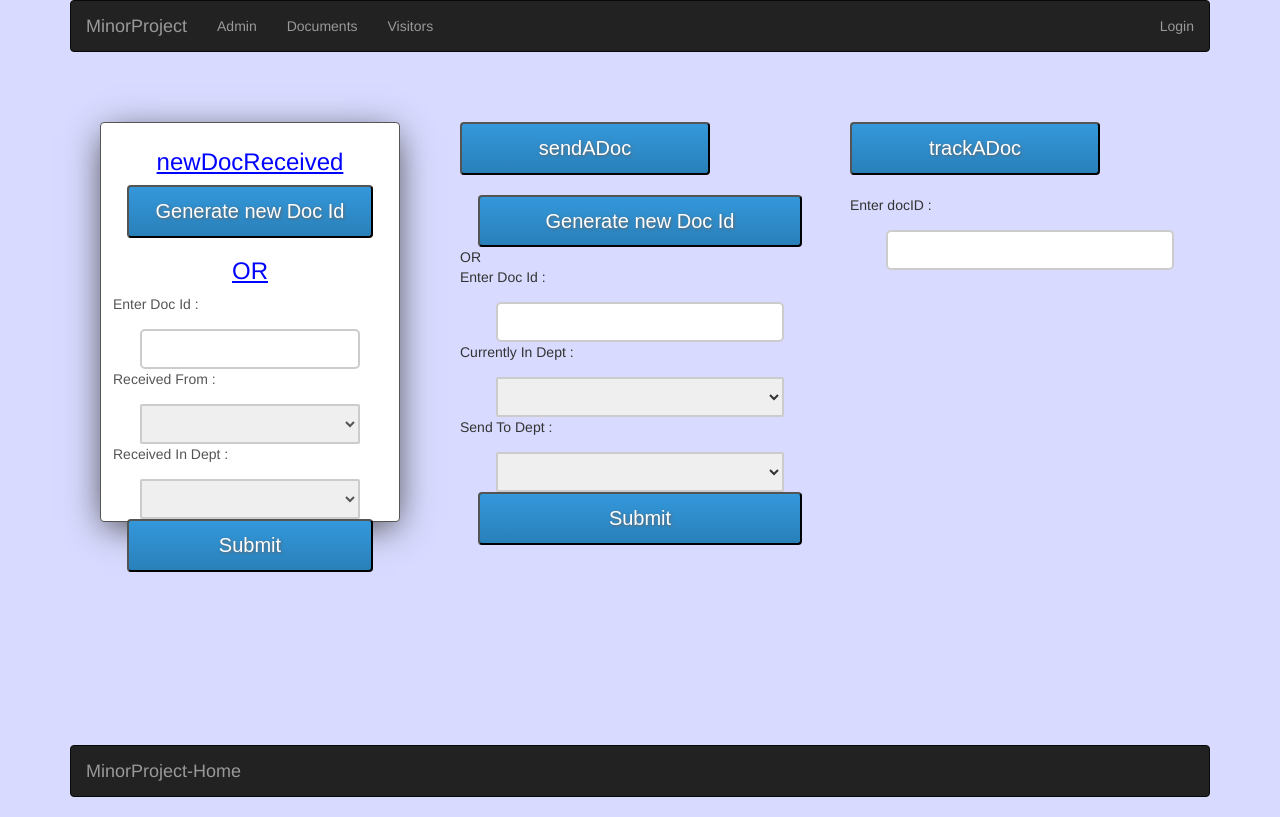
Repository: javaSingh/java
Page: workspace/minorProjectWithInder7thSem2/WebContent/index.html
The author's editor kept a copy of each file at every save. The page is drawn from the files as they stood at one save, then again after the next save.
The browser window is 1280 px wide. The pictures show the whole page.
Some web libraries are served in a nearby version.

Above is the page before, as saved 2014-10-21 10:11:44.

After the next save:
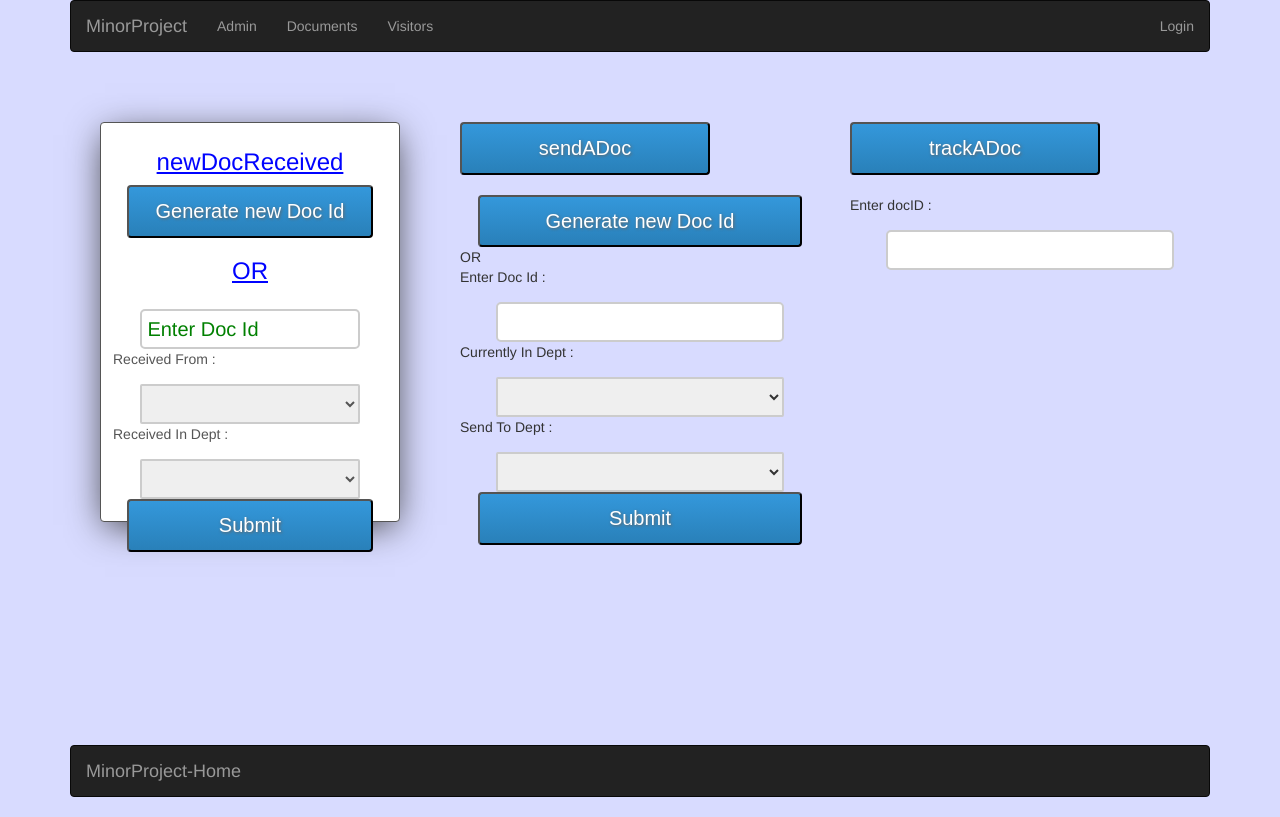
Saved 53 s later.
--- a/workspace/minorProjectWithInder7thSem2/WebContent/index.html
+++ b/workspace/minorProjectWithInder7thSem2/WebContent/index.html
@@ -89,7 +89,7 @@ OR
 </h3>
 </p>
 <form action='Serv1'>
-Enter Doc Id : <input type='number' name='docid' required autofoucs></input><br>
+<input type='number' name='docid' required autofoucs placeholder='Enter Doc Id'></input><br>
 Received From : <select name='fromdept'>
 <option value=""></option>
   <option value="Dept1">Dept1</option>
